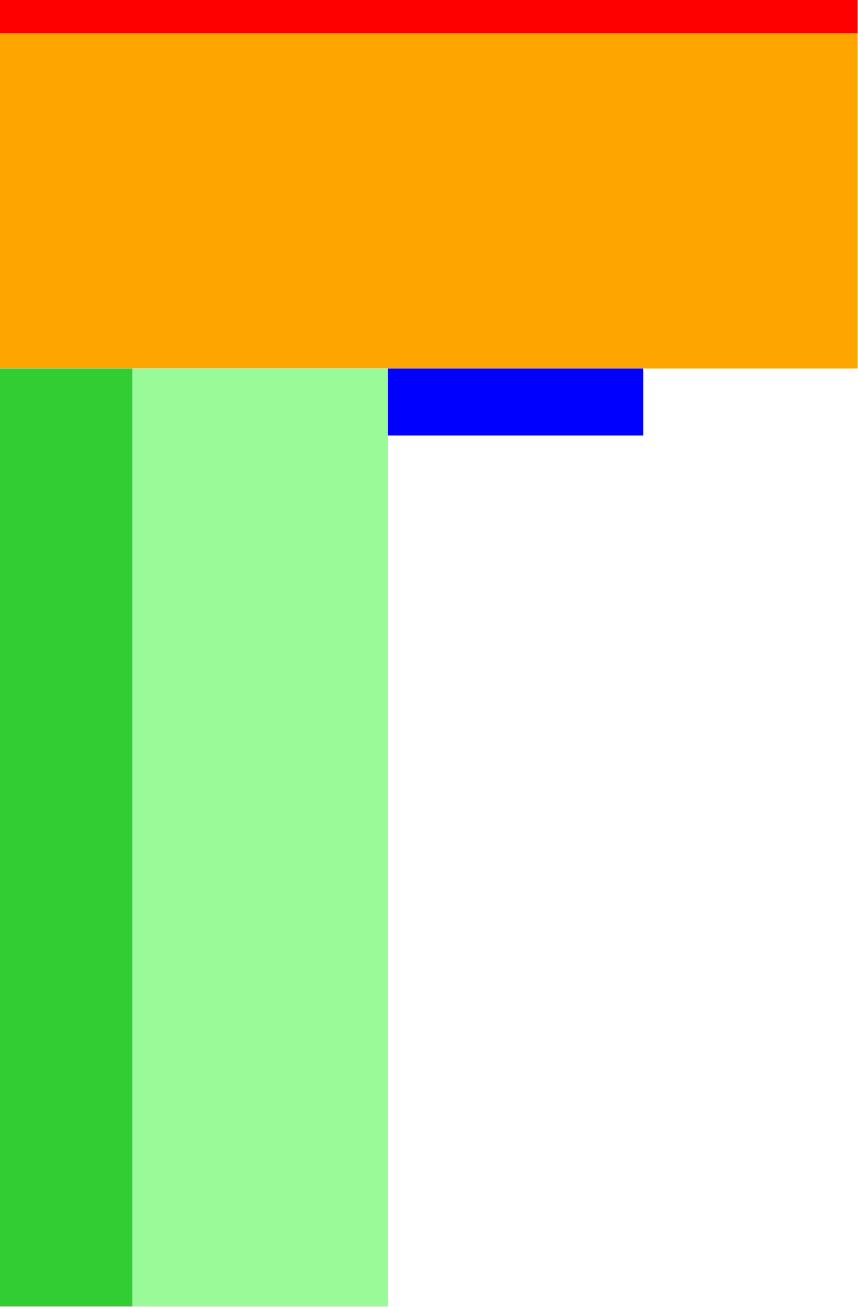
Repository: TsuKou/MainContents
Page: chapter4/index.html
The author's editor kept a record of every edit. The page is drawn from the files as they stood at one moment, then again after the next edit.
The browser window is 1280 px wide. The pictures show the whole page, at 67% of full size.

Above is the page before.

After the next edit:
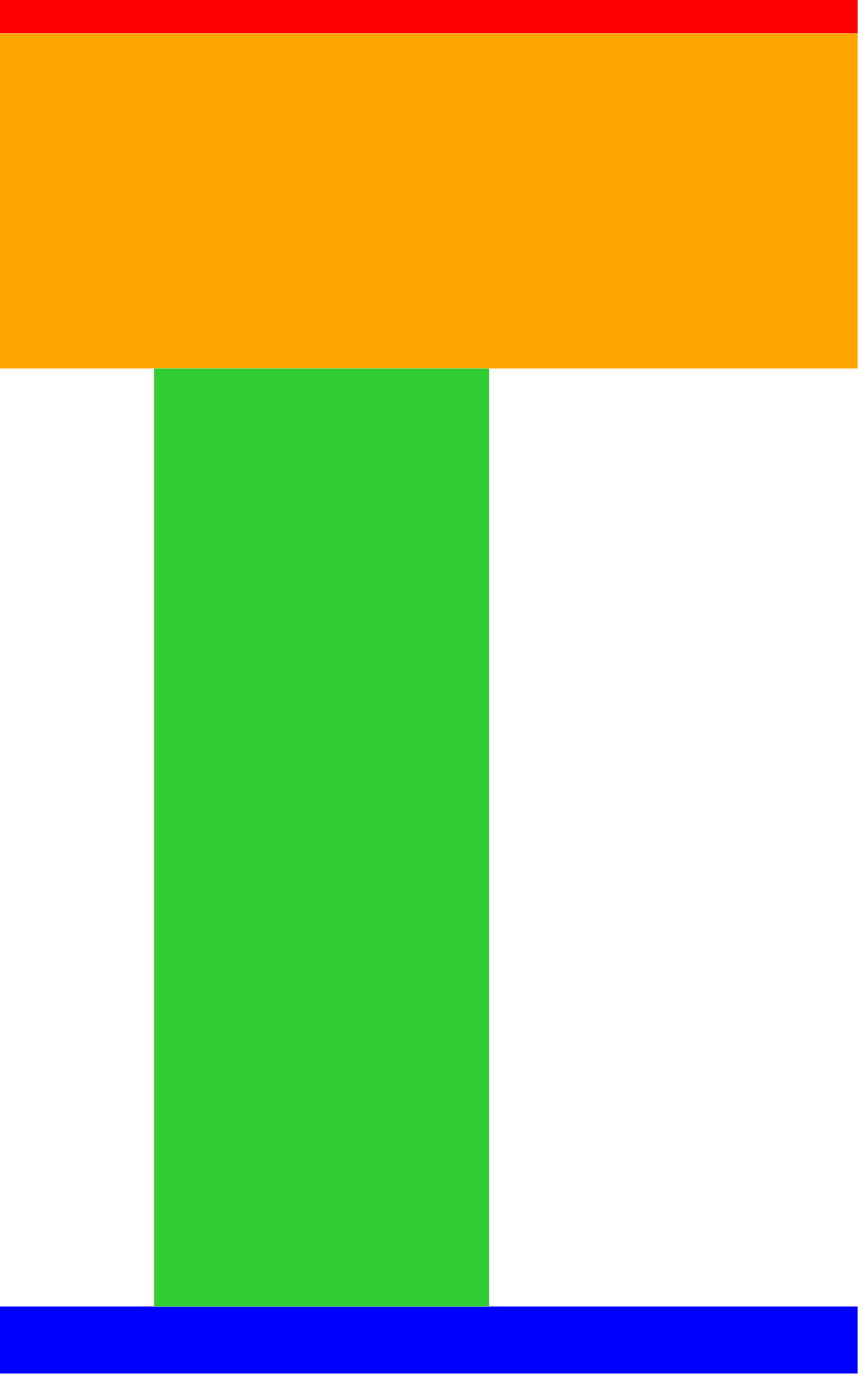
The edit:
--- a/chapter4/index.html
+++ b/chapter4/index.html
@@ -12,8 +12,10 @@
     <div class="main-visual"></div>
 
     <div class="main">
+     <div class="sidebar-left"></div>
      <div class="blog"></div>
-     <div class="sidebar"></div>
+     <div class="sidebar-right"></div>
+    </div>
 
     <div class="footer"></div>
 
